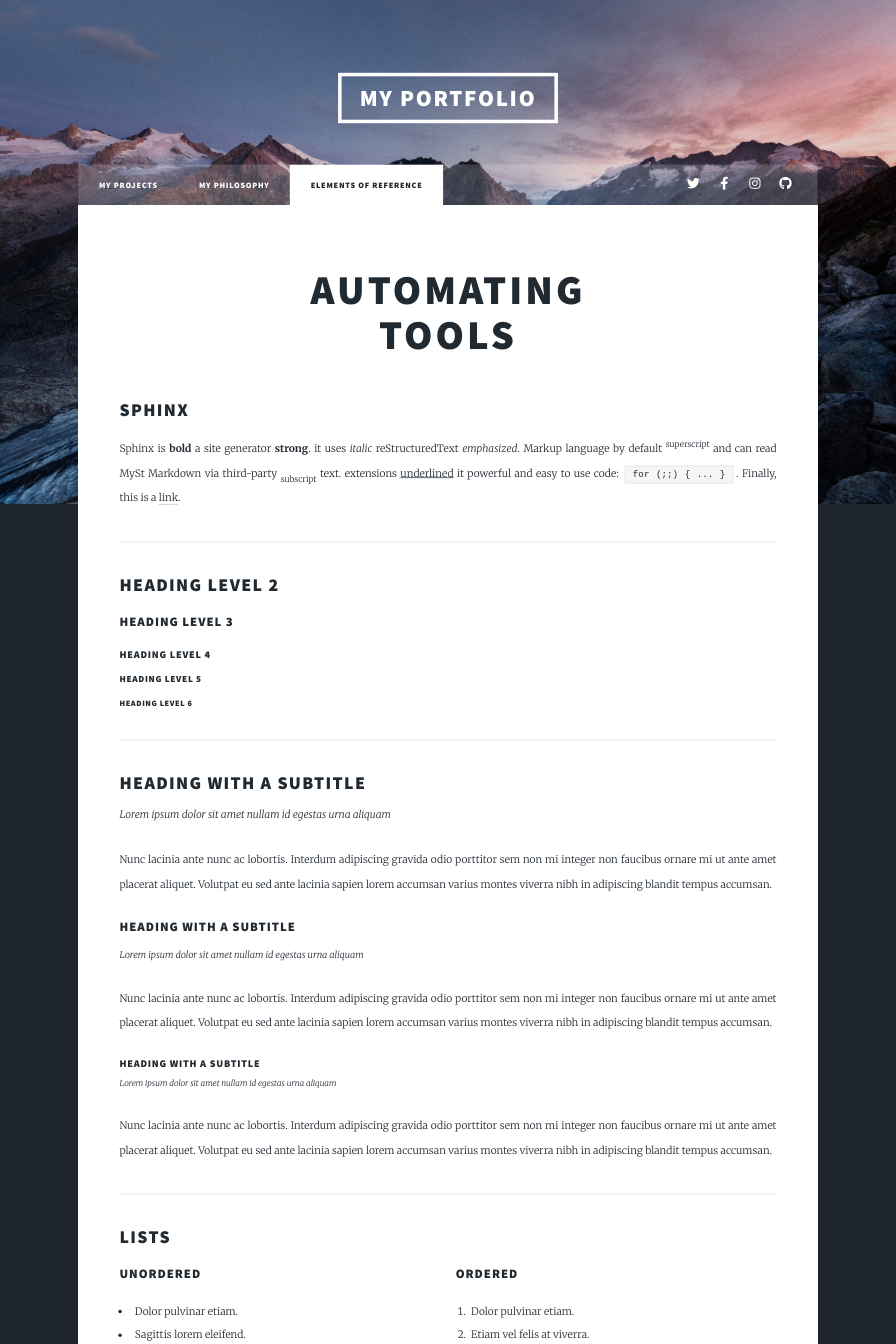
Repository: enlilsudo/Orlando-Portfolio
Page: elements.html
These files come from the project's save history. The page is drawn as it stood at one moment and after the next save; the edit follows.
The browser window is 1280 px wide. The pictures show the part of the page from y = 0 to 1920 px (the page is 9527 px tall), at 70% of full size.

Above is the page before, as saved 2023-02-19 12:08:40.

### elements.html
<!DOCTYPE HTML>
<!--
	Massively by HTML5 UP
	html5up.net | @ajlkn
	Free for personal and commercial use under the CCA 3.0 license (html5up.net/license)
-->
<html>
	<head>
		<title>Elements Reference - Massively by HTML5 UP</title>
		<meta charset="utf-8" />
		<meta name="viewport" content="width=device-width, initial-scale=1, user-scalable=no" />
		<link rel="stylesheet" href="assets/css/main.css" />
		<noscript><link rel="stylesheet" href="assets/css/noscript.css" /></noscript>
	</head>
	<body class="is-preload">

		<!-- Wrapper -->
			<div id="wrapper">

				<!-- Header -->
					<header id="header">
						<a href="index.html" class="logo">My Portfolio</a>
					</header>

				<!-- Nav -->
					<nav id="nav">
						<ul class="links">
							<li><a href="index.html">My Projects</a></li>
							<li><a href="generic.html">My Philosophy</a></li>
							<li class="active"><a href="elements.html">Elements of Reference</a></li>
						</ul>
						<ul class="icons">
							<li><a href="#" class="icon brands fa-twitter"><span class="label">Twitter</span></a></li>
							<li><a href="#" class="icon brands fa-facebook-f"><span class="label">Facebook</span></a></li>
							<li><a href="#" class="icon brands fa-instagram"><span class="label">Instagram</span></a></li>
							<li><a href="#" class="icon brands fa-github"><span class="label">GitHub</span></a></li>
						</ul>
					</nav>

				<!-- Main -->
					<div id="main">

						<!-- Post -->
							<section class="post">
								<header class="major">
									<h1>Automating<br />
									Tools</h1>
								</header>

								<!-- Text stuff -->
									<h2>Sphinx</h2>
									<p>Sphinx is <b>bold</b> a site generator <strong>strong</strong>. it uses <i>italic</i> reStructuredText <em>emphasized</em>.
									Markup language by default <sup>superscript</sup> and can read MySt Markdown via third-party <sub>subscript</sub> text.
									extensions <u>underlined</u> it powerful and easy to use code: <code>for (;;) { ... }</code>.
									Finally, this is a <a href="https://www.sphinx-doc.org/en/master/#get-started">link</a>.</p>
									<hr />
									<h2>Heading Level 2</h2>
									<h3>Heading Level 3</h3>
									<h4>Heading Level 4</h4>
									<h5>Heading Level 5</h5>
									<h6>Heading Level 6</h6>
									<hr />
									<header>
										<h2>Heading with a Subtitle</h2>
										<p>Lorem ipsum dolor sit amet nullam id egestas urna aliquam</p>
									</header>
									<p>Nunc lacinia ante nunc ac lobortis. Interdum adipiscing gravida odio porttitor sem non mi integer non faucibus ornare mi ut ante amet placerat aliquet. Volutpat eu sed ante lacinia sapien lorem accumsan varius montes viverra nibh in adipiscing blandit tempus accumsan.</p>
									<header>
										<h3>Heading with a Subtitle</h3>
										<p>Lorem ipsum dolor sit amet nullam id egestas urna aliquam</p>
									</header>
									<p>Nunc lacinia ante nunc ac lobortis. Interdum adipiscing gravida odio porttitor sem non mi integer non faucibus ornare mi ut ante amet placerat aliquet. Volutpat eu sed ante lacinia sapien lorem accumsan varius montes viverra nibh in adipiscing blandit tempus accumsan.</p>
									<header>
										<h4>Heading with a Subtitle</h4>
										<p>Lorem ipsum dolor sit amet nullam id egestas urna aliquam</p>
									</header>
									<p>Nunc lacinia ante nunc ac lobortis. Interdum adipiscing gravida odio porttitor sem non mi integer non faucibus ornare mi ut ante amet placerat aliquet. Volutpat eu sed ante lacinia sapien lorem accumsan varius montes viverra nibh in adipiscing blandit tempus accumsan.</p>

									<hr />

								<!-- Lists -->
									<h2>Lists</h2>
									<div class="row">
										<div class="col-6 col-12-small">

											<h3>Unordered</h3>
											<ul>
												<li>Dolor pulvinar etiam.</li>
												<li>Sagittis lorem eleifend.</li>
												<li>Felis feugiat dolore viverra.</li>
												<li>Dolor pulvinar etiam.</li>
											</ul>

											<h3>Alternate</h3>
											<ul class="alt">
												<li>Dolor pulvinar etiam etiam.</li>
												<li>Sagittis adipiscing eleifend.</li>
												<li>Felis enim dolore viverra.</li>
												<li>Dolor pulvinar etiam etiam.</li>
											</ul>

										</div>
										<div class="col-6 col-12-small">

											<h3>Ordered</h3>
											<ol>
												<li>Dolor pulvinar etiam.</li>
												<li>Etiam vel felis at viverra.</li>
												<li>Felis enim feugiat magna.</li>
												<li>Etiam vel felis nullam.</li>
												<li>Felis enim et tempus.</li>
											</ol>

											<h3>Icons</h3>
											<ul class="icons">
												<li><a href="#" class="icon brands fa-twitter"><span class="label">Twitter</span></a></li>
												<li><a href="#" class="icon brands fa-facebook-f"><span class="label">Facebook</span></a></li>
												<li><a href="#" class="icon brands fa-instagram"><span class="label">Instagram</span></a></li>
												<li><a href="#" class="icon brands fa-github"><span class="label">Github</span></a></li>
												<li><a href="#" class="icon brands fa-dribbble"><span class="label">Dribbble</span></a></li>
											</ul>
											<ul class="icons alt">
												<li><a href="#" class="icon brands alt fa-twitter"><span class="label">Twitter</span></a></li>
												<li><a href="#" class="icon brands alt fa-facebook-f"><span class="label">Facebook</span></a></li>
												<li><a href="#" class="icon brands alt fa-instagram"><span class="label">Instagram</span></a></li>
												<li><a href="#" class="icon brands alt fa-github"><span class="label">Github</span></a></li>
												<li><a href="#" class="icon brands alt fa-dribbble"><span class="label">Dribbble</span></a></li>
											</ul>

										</div>
									</div>
									<h3>Definition</h3>
									<dl>
										<dt>Item 1</dt>
										<dd>
											<p>Lorem ipsum dolor vestibulum ante ipsum primis in faucibus vestibulum. Blandit adipiscing eu felis iaculis volutpat ac adipiscing accumsan eu faucibus. Integer ac pellentesque praesent.</p>
										</dd>
										<dt>Item 2</dt>
										<dd>
											<p>Lorem ipsum dolor vestibulum ante ipsum primis in faucibus vestibulum. Blandit adipiscing eu felis iaculis volutpat ac adipiscing accumsan eu faucibus. Integer ac pellentesque praesent.</p>
										</dd>
										<dt>Item 3</dt>
										<dd>
											<p>Lorem ipsum dolor vestibulum ante ipsum primis in faucibus vestibulum. Blandit adipiscing eu felis iaculis volutpat ac adipiscing accumsan eu faucibus. Integer ac pellentesque praesent.</p>
										</dd>
									</dl>

									<h3>Actions</h3>
									<ul class="actions">
										<li><a href="#" class="button primary">Primary</a></li>
										<li><a href="#" class="button">Default</a></li>
									</ul>
									<ul class="actions small">
										<li><a href="#" class="button primary small">Small</a></li>
										<li><a href="#" class="button small">Small</a></li>
									</ul>
									<div class="row">
										<div class="col-6 col-12-small">
											<ul class="actions stacked">
												<li><a href="#" class="button primary">Default</a></li>
												<li><a href="#" class="button">Default</a></li>
											</ul>
										</div>
										<div class="col-6 col-12-small">
											<ul class="actions stacked">
												<li><a href="#" class="button primary small">Small</a></li>
												<li><a href="#" class="button small">Small</a></li>
											</ul>
										</div>
									</div>
									<div class="row">
										<div class="col-6 col-12-small">
											<ul class="actions stacked">
												<li><a href="#" class="button primary fit">Default</a></li>
												<li><a href="#" class="button fit">Default</a></li>
											</ul>
										</div>
										<div class="col-6 col-12-small">
											<ul class="actions stacked">
												<li><a href="#" class="button primary small fit">Small</a></li>
												<li><a href="#" class="button small fit">Small</a></li>
											</ul>
										</div>
									</div>

									<hr />

								<!-- Blockquote -->
									<h2>Blockquote</h2>
									<blockquote>Fringilla nisl. Donec accumsan interdum nisi, quis tincidunt felis sagittis eget tempus euismod. Vestibulum ante ipsum primis in faucibus vestibulum. Blandit adipiscing eu felis iaculis volutpat ac adipiscing accumsan faucibus. Vestibulum ante ipsum primis in faucibus vestibulum. Blandit adipiscing eu felis.</blockquote>

									<hr />

								<!-- Table -->
									<h2>Table</h2>

									<h3>Default</h3>
									<div class="table-wrapper">
										<table>
											<thead>
												<tr>
													<th>Name</th>
													<th>Description</th>
													<th>Price</th>
												</tr>
											</thead>
											<tbody>
												<tr>
													<td>Item 1</td>
													<td>Ante turpis integer aliquet porttitor.</td>
													<td>29.99</td>
												</tr>
												<tr>
													<td>Item 2</td>
													<td>Vis ac commodo adipiscing arcu aliquet.</td>
													<td>19.99</td>
												</tr>
												<tr>
													<td>Item 3</td>
													<td> Morbi faucibus arcu accumsan lorem.</td>
													<td>29.99</td>
												</tr>
												<tr>
													<td>Item 4</td>
													<td>Vitae integer tempus condimentum.</td>
													<td>19.99</td>
												</tr>
												<tr>
													<td>Item 5</td>
													<td>Ante turpis integer aliquet porttitor.</td>
													<td>29.99</td>
												</tr>
											</tbody>
											<tfoot>
												<tr>
													<td colspan="2"></td>
													<td>100.00</td>
												</tr>
											</tfoot>
										</table>
									</div>

									<h3>Alternate</h3>
									<div class="table-wrapper">
										<table class="alt">
											<thead>
												<tr>
													<th>Name</th>
													<th>Description</th>
													<th>Price</th>
												</tr>
											</thead>
											<tbody>
												<tr>
													<td>Item 1</td>
													<td>Ante turpis integer aliquet porttitor.</td>
													<td>29.99</td>
												</tr>
												<tr>
													<td>Item 2</td>
													<td>Vis ac commodo adipiscing arcu aliquet.</td>
													<td>19.99</td>
												</tr>
												<tr>
													<td>Item 3</td>
													<td> Morbi faucibus arcu accumsan lorem.</td>
													<td>29.99</td>
												</tr>
												<tr>
													<td>Item 4</td>
													<td>Vitae integer tempus condimentum.</td>
													<td>19.99</td>
												</tr>
												<tr>
													<td>Item 5</td>
													<td>Ante turpis integer aliquet porttitor.</td>
													<td>29.99</td>
												</tr>
											</tbody>
											<tfoot>
												<tr>
													<td colspan="2"></td>
													<td>100.00</td>
												</tr>
											</tfoot>
										</table>
									</div>

									<hr />

								<!-- Buttons -->
									<h2>Buttons</h2>
									<ul class="actions">
										<li><a href="#" class="button primary">Primary</a></li>
										<li><a href="#" class="button">Default</a></li>
									</ul>
									<ul class="actions">
										<li><a href="#" class="button primary large">Large</a></li>
										<li><a href="#" class="button">Default</a></li>
										<li><a href="#" class="button small">Small</a></li>
									</ul>
									<ul class="actions fit">
										<li><a href="#" class="button primary fit">Fit</a></li>
										<li><a href="#" class="button fit">Fit</a></li>
									</ul>
									<ul class="actions fit small">
										<li><a href="#" class="button primary fit small">Fit + Small</a></li>
										<li><a href="#" class="button fit small">Fit + Small</a></li>
									</ul>
									<ul class="actions">
										<li><a href="#" class="button primary icon solid fa-search">Icon</a></li>
										<li><a href="#" class="button icon solid fa-download">Icon</a></li>
									</ul>
									<ul class="actions">
										<li><span class="button primary disabled">Primary</span></li>
										<li><span class="button disabled">Default</span></li>
									</ul>

									<hr />

								<!-- Form -->
									<h2>Form</h2>

									<form method="post" action="#">
										<div class="row gtr-uniform">
											<div class="col-6 col-12-xsmall">
												<input type="text" name="demo-name" id="demo-name" value="" placeholder="Name" />
											</div>
											<div class="col-6 col-12-xsmall">
												<input type="email" name="demo-email" id="demo-email" value="" placeholder="Email" />
											</div>
											<!-- Break -->
											<div class="col-12">
												<select name="demo-category" id="demo-category">
													<option value="">- Category -</option>
													<option value="1">Manufacturing</option>
													<option value="1">Shipping</option>
													<option value="1">Administration</option>
													<option value="1">Human Resources</option>
												</select>
											</div>
											<!-- Break -->
											<div class="col-4 col-12-small">
												<input type="radio" id="demo-priority-low" name="demo-priority" checked>
												<label for="demo-priority-low">Low</label>
											</div>
											<div class="col-4 col-12-small">
												<input type="radio" id="demo-priority-normal" name="demo-priority">
												<label for="demo-priority-normal">Normal</label>
											</div>
											<div class="col-4 col-12-small">
												<input type="radio" id="demo-priority-high" name="demo-priority">
												<label for="demo-priority-high">High</label>
											</div>
											<!-- Break -->
											<div class="col-6 col-12-small">
												<input type="checkbox" id="demo-copy" name="demo-copy">
												<label for="demo-copy">Email me a copy</label>
											</div>
											<div class="col-6 col-12-small">
												<input type="checkbox" id="demo-human" name="demo-human" checked>
												<label for="demo-human">I am a human</label>
											</div>
											<!-- Break -->
											<div class="col-12">
												<textarea name="demo-message" id="demo-message" placeholder="Enter your message" rows="6"></textarea>
											</div>
											<!-- Break -->
											<div class="col-12">
												<ul class="actions">
													<li><input type="submit" value="Send Message" class="primary" /></li>
													<li><input type="reset" value="Reset" /></li>
												</ul>
											</div>
										</div>
									</form>

									<hr />

								<!-- Image -->
									<h2>Image</h2>

									<h3>Fit</h3>
									<span class="image fit"><img src="images/pic01.jpg" alt="" /></span>
									<div class="box alt">
										<div class="row gtr-50 gtr-uniform">
											<div class="col-4"><span class="image fit"><img src="images/pic02.jpg" alt="" /></span></div>
											<div class="col-4"><span class="image fit"><img src="images/pic03.jpg" alt="" /></span></div>
											<div class="col-4"><span class="image fit"><img src="images/pic04.jpg" alt="" /></span></div>
											<!-- Break -->
											<div class="col-4"><span class="image fit"><img src="images/pic04.jpg" alt="" /></span></div>
											<div class="col-4"><span class="image fit"><img src="images/pic02.jpg" alt="" /></span></div>
											<div class="col-4"><span class="image fit"><img src="images/pic03.jpg" alt="" /></span></div>
											<!-- Break -->
											<div class="col-4"><span class="image fit"><img src="images/pic03.jpg" alt="" /></span></div>
											<div class="col-4"><span class="image fit"><img src="images/pic04.jpg" alt="" /></span></div>
											<div class="col-4"><span class="image fit"><img src="images/pic02.jpg" alt="" /></span></div>
										</div>
									</div>

									<h3>Left &amp; Right</h3>
									<p><span class="image left"><img src="images/pic08.jpg" alt="" /></span>Lorem ipsum dolor sit accumsan interdum nisi, quis tincidunt felis sagittis eget. tempus euismod. Vestibulum ante ipsum primis in faucibus vestibulum. Blandit adipiscing eu felis iaculis volutpat ac adipiscing accumsan eu faucibus. Integer ac pellentesque praesent tincidunt felis sagittis eget. tempus euismod. Vestibulum ante ipsum primis sagittis eget. tempus euismod. Vestibulum ante ipsum primis in faucibus vestibulum. Blandit adipiscing eu felis iaculis volutpat ac adipiscing accumsan eu faucibus. Integer ac pellentesque praesent tincidunt felis sagittis eget. tempus euismod. Vestibulum ante ipsum primis in faucibus vestibulum. Blandit adipiscing eu felis iaculis volutpat ac adipiscing accumsan eu faucibus. Integer ac pellentesque praesent. Vestibulum ante ipsum primis in faucibus magna blandit adipiscing eu felis iaculis.</p>
									<p><span class="image right"><img src="images/pic09.jpg" alt="" /></span>Lorem ipsum dolor sit accumsan interdum nisi, quis tincidunt felis sagittis eget. tempus euismod. Vestibulum ante ipsum primis in faucibus vestibulum. Blandit adipiscing eu felis iaculis volutpat ac adipiscing accumsan eu faucibus. Integer ac pellentesque praesent tincidunt felis sagittis eget. tempus euismod. Vestibulum ante ipsum primis sagittis eget. tempus euismod. Vestibulum ante ipsum primis in faucibus vestibulum. Blandit adipiscing eu felis iaculis volutpat ac adipiscing accumsan eu faucibus. Integer ac pellentesque praesent tincidunt felis sagittis eget. tempus euismod. Vestibulum ante ipsum primis in faucibus vestibulum. Blandit adipiscing eu felis iaculis volutpat ac adipiscing accumsan eu faucibus. Integer ac pellentesque praesent. Vestibulum ante ipsum primis in faucibus magna blandit adipiscing eu felis iaculis.</p>

									<hr />

								<!-- Box -->
									<h2>Box</h2>
									<div class="box">
										<p>Felis sagittis eget tempus primis in faucibus vestibulum. Blandit adipiscing eu felis iaculis volutpat ac adipiscing accumsan eu faucibus. Integer ac pellentesque praesent tincidunt felis sagittis eget. tempus euismod. Magna sed etiam ante ipsum primis in faucibus vestibulum. Blandit adipiscing eu ipsum primis in faucibus vestibulum. Blandit adipiscing eu felis iaculis volutpat ac adipiscing accumsan eu faucibus lorem ipsum dolor sit amet nullam. Integer ac pellentesque praesent tincidunt felis sagittis eget. tempus euismod. Vestibulum ante ipsum primis sagittis eget. tempus euismod. Vestibulum ante ipsum primis in faucibus vestibulum. Blandit adipiscing eu felis iaculis volutpat ac adipiscing accumsan eu faucibus. Integer ac pellentesque praesent tincidunt felis sagittis eget. tempus euismod. Vestibulum ante ipsum primis in faucibus vestibulum. Blandit adipiscing eu felis iaculis volutpat ac adipiscing accumsan eu faucibus. Integer ac pellentesque praesent. Vestibulum ante ipsum primis in faucibus magna blandit adipiscing eu felis iaculis volutpat lorem ipsum dolor.</p>
									</div>

									<hr />

								<!-- Preformatted Code -->
									<h2>Preformatted</h2>
									<pre><code>i = 0;

while (!deck.isInOrder()) {
    print 'Iteration ' + i;
    deck.shuffle();
    i++;
}

print 'It took ' + i + ' iterations to sort the deck.';
</code></pre>

							</section>

					</div>

				<!-- Footer -->
					<footer id="footer">
						<section>
							<form method="post" action="#">
								<div class="fields">
									<div class="field">
										<label for="name">Name</label>
										<input type="text" name="name" id="name" />
									</div>
									<div class="field">
										<label for="email">Email</label>
										<input type="text" name="email" id="email" />
									</div>
									<div class="field">
										<label for="message">Message</label>
										<textarea name="message" id="message" rows="3"></textarea>
									</div>
								</div>
								<ul class="actions">
									<li><input type="submit" value="Send Message" /></li>
								</ul>
							</form>
						</section>
						<section class="split contact">
							<section class="alt">
								<h3>Address</h3>
								<p>1234 Somewhere Road #87257<br />
								Nashville, TN 00000-0000</p>
							</section>
							<section>
								<h3>Phone</h3>
								<p><a href="#">(000) 000-0000</a></p>
							</section>
							<section>
								<h3>Email</h3>
								<p><a href="#">info@untitled.tld</a></p>
							</section>
							<section>
								<h3>Social</h3>
								<ul class="icons alt">
									<li><a href="#" class="icon brands alt fa-twitter"><span class="label">Twitter</span></a></li>
									<li><a href="#" class="icon brands alt fa-facebook-f"><span class="label">Facebook</span></a></li>
									<li><a href="#" class="icon brands alt fa-instagram"><span class="label">Instagram</span></a></li>
									<li><a href="#" class="icon brands alt fa-github"><span class="label">GitHub</span></a></li>
								</ul>
							</section>
						</section>
					</footer>

				<!-- Copyright -->
					<div id="copyright">
						<ul><li>&copy; Untitled</li><li>Design: <a href="https://html5up.net">HTML5 UP</a></li></ul>
					</div>

			</div>

		<!-- Scripts -->
			<script src="assets/js/jquery.min.js"></script>
			<script src="assets/js/jquery.scrollex.min.js"></script>
			<script src="assets/js/jquery.scrolly.min.js"></script>
			<script src="assets/js/browser.min.js"></script>
			<script src="assets/js/breakpoints.min.js"></script>
			<script src="assets/js/util.js"></script>
			<script src="assets/js/main.js"></script>

	</body>
</html>

Loaded but not shown: assets/js/jquery.min.js (library); assets/js/jquery.scrollex.min.js (common file); assets/js/jquery.scrolly.min.js (common file); assets/js/browser.min.js (common file); assets/js/breakpoints.min.js (common file); assets/css/fontawesome-all.min.css (library); assets/js/util.js (587 lines, source omitted); assets/js/main.js (258 lines, source omitted); assets/css/main.css (4689 lines, source omitted)

After the next save:
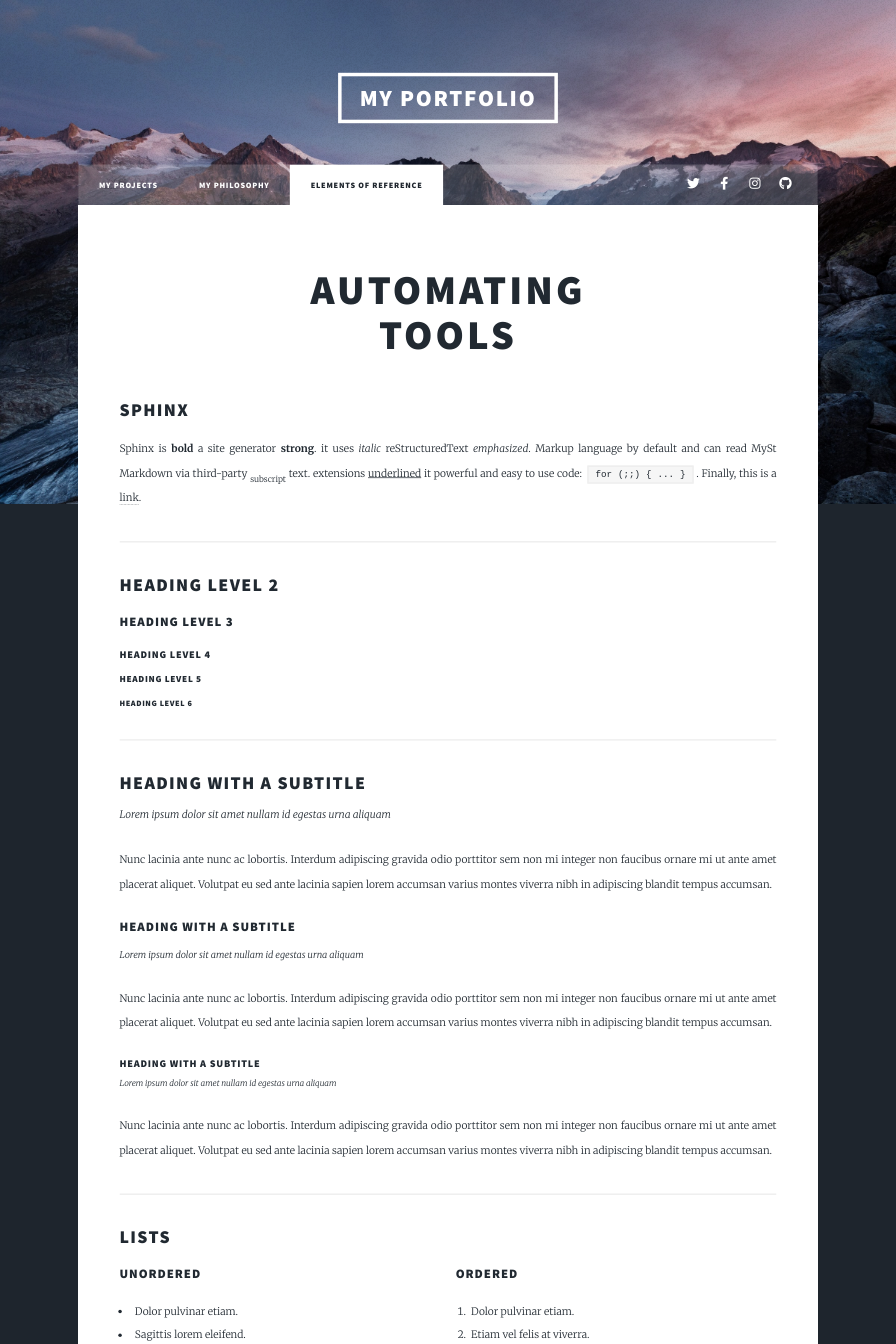
Saved 2 min 34 s later.
--- a/elements.html
+++ b/elements.html
@@ -50,7 +50,7 @@
 								<!-- Text stuff -->
 									<h2>Sphinx</h2>
 									<p>Sphinx is <b>bold</b> a site generator <strong>strong</strong>. it uses <i>italic</i> reStructuredText <em>emphasized</em>.
-									Markup language by default <sup>superscript</sup> and can read MySt Markdown via third-party <sub>subscript</sub> text.
+									Markup language by default and can read MySt Markdown via third-party <sub>subscript</sub> text.
 									extensions <u>underlined</u> it powerful and easy to use code: <code>for (;;) { ... }</code>.
 									Finally, this is a <a href="https://www.sphinx-doc.org/en/master/#get-started">link</a>.</p>
 									<hr />
